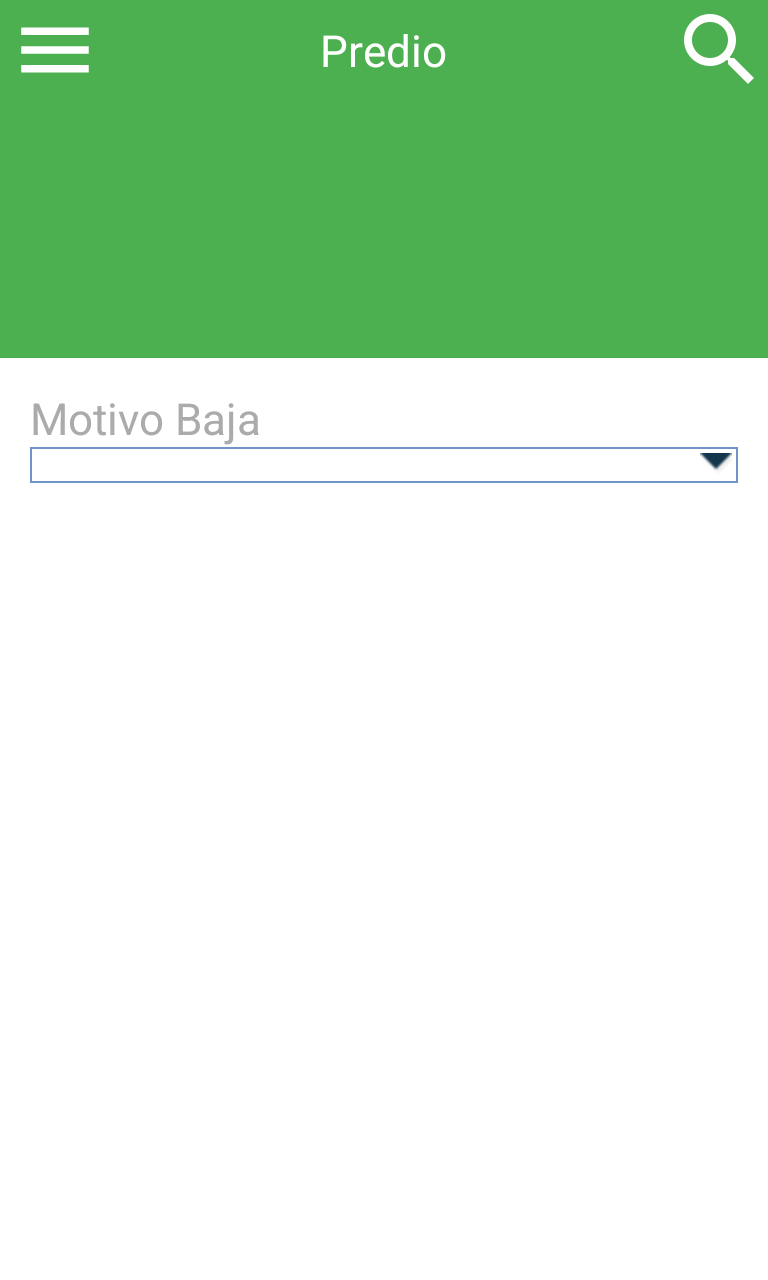
Repository: danielctf/Chilterra
Layout: Proyectos/Animales/res/layout/activity_baja_ganado.xml
The author's editor kept a copy of each file at every save. The layout is drawn from the files as they stood at one save, then again after the next save.
It is drawn on a 768 x 1280 px phone screen (xhdpi) without system bars, with theme AppTheme; the app's code is not run.

Above is the layout before, as saved 2015-10-09 16:34:17.

### Proyectos/Animales/res/layout/activity_baja_ganado.xml
<LinearLayout xmlns:android="http://schemas.android.com/apk/res/android"
    xmlns:tools="http://schemas.android.com/tools"
    android:id="@+id/LinearLayout1"
    android:layout_width="match_parent"
    android:layout_height="match_parent"
    android:orientation="vertical"
    tools:context="cl.a2r.animales.BajaGanado" >

    <RelativeLayout
        android:layout_width="match_parent"
        android:layout_height="50dp"
        android:background="@color/green" >

        <ImageButton
            android:id="@+id/menu"
            android:layout_width="wrap_content"
            android:layout_height="wrap_content"
            android:layout_alignParentLeft="true"
            android:layout_centerVertical="true"
            android:layout_marginLeft="5dp"
            android:background="@null"
            android:src="@drawable/ic_navigation_menu" />

        <TextView
            android:id="@+id/predio"
            android:layout_width="wrap_content"
            android:layout_height="wrap_content"
            android:layout_centerHorizontal="true"
            android:layout_centerVertical="true"
            android:text="Predio"
            android:textAppearance="?android:attr/textAppearanceLarge"
            android:textColor="@color/white" />

        <ImageView
            android:id="@+id/logs"
            android:layout_width="wrap_content"
            android:layout_height="wrap_content"
            android:layout_alignParentRight="true"
            android:layout_centerVertical="true"
            android:src="@drawable/ic_search_white_48dp" />
    </RelativeLayout>

    <RelativeLayout
        android:layout_width="match_parent"
        android:layout_height="wrap_content"
        android:background="@color/green"
        android:layout_weight="0.2" >

        <TextView
            android:id="@+id/despliegaDiio"
            android:layout_width="wrap_content"
            android:layout_height="wrap_content"
            android:layout_centerHorizontal="true"
            android:layout_centerVertical="true"
            android:text=""
            android:textAppearance="?android:attr/textAppearanceLarge" />

    </RelativeLayout>

    <RelativeLayout
        android:layout_width="match_parent"
        android:layout_height="wrap_content"
        android:layout_weight="0.8" >

        <TextView
            android:id="@+id/textView1"
            android:layout_width="wrap_content"
            android:layout_height="wrap_content"
            android:layout_alignParentLeft="true"
            android:layout_alignParentTop="true"
            android:layout_marginLeft="15dp"
            android:layout_marginTop="15dp"
            android:text="Motivo Baja"
            android:textColor="#ababab"
            android:textAppearance="?android:attr/textAppearanceLarge" />

        <Spinner
            android:id="@+id/motivoBaja"
            android:layout_width="match_parent"
            android:layout_height="wrap_content"
            android:layout_alignLeft="@+id/textView1"
            android:layout_marginRight="15dp"
            android:background="@drawable/shape_drop_down_normal"
            android:layout_below="@+id/textView1" />

    </RelativeLayout>

</LinearLayout>

### Proyectos/Animales/res/values/colors.xml
<?xml version="1.0" encoding="utf-8"?>
<resources>
    <color name="red">#ffff0000</color>
    <color name="darkred">#b22222</color>
    <color name="white">#ffffff</color>
    <color name="gris">#cccccc</color>
    <color name="green">#4caf50</color>
</resources>

### Proyectos/Animales/res/drawable/shape_drop_down_normal.xml
<?xml version="1.0" encoding="utf-8"?>
<layer-list xmlns:android="http://schemas.android.com/apk/res/android" >
<item>
    <shape>
        <solid android:color="@android:color/transparent" />

        <stroke
            android:width="1dp"
            android:color="#6f94c7" />

        <padding
            android:bottom="10dp"
            android:left="2dp"
            android:right="10dp"
            android:top="30dp" />


     <padding android:bottom="3dp" android:left="3dp" android:right="3dp" android:top="3dp" />
    </shape>
</item>
<item>
    <bitmap
        android:gravity="end"
        android:src="@drawable/sm_tooltip_arrow" />
</item>
</layer-list>

Loaded but not shown: Proyectos/Animales/res/values/styles.xml (common file); Proyectos/Animales/res/values-v11/styles.xml (common file); Proyectos/Animales/res/values-v14/styles.xml (common file)

After the next save:
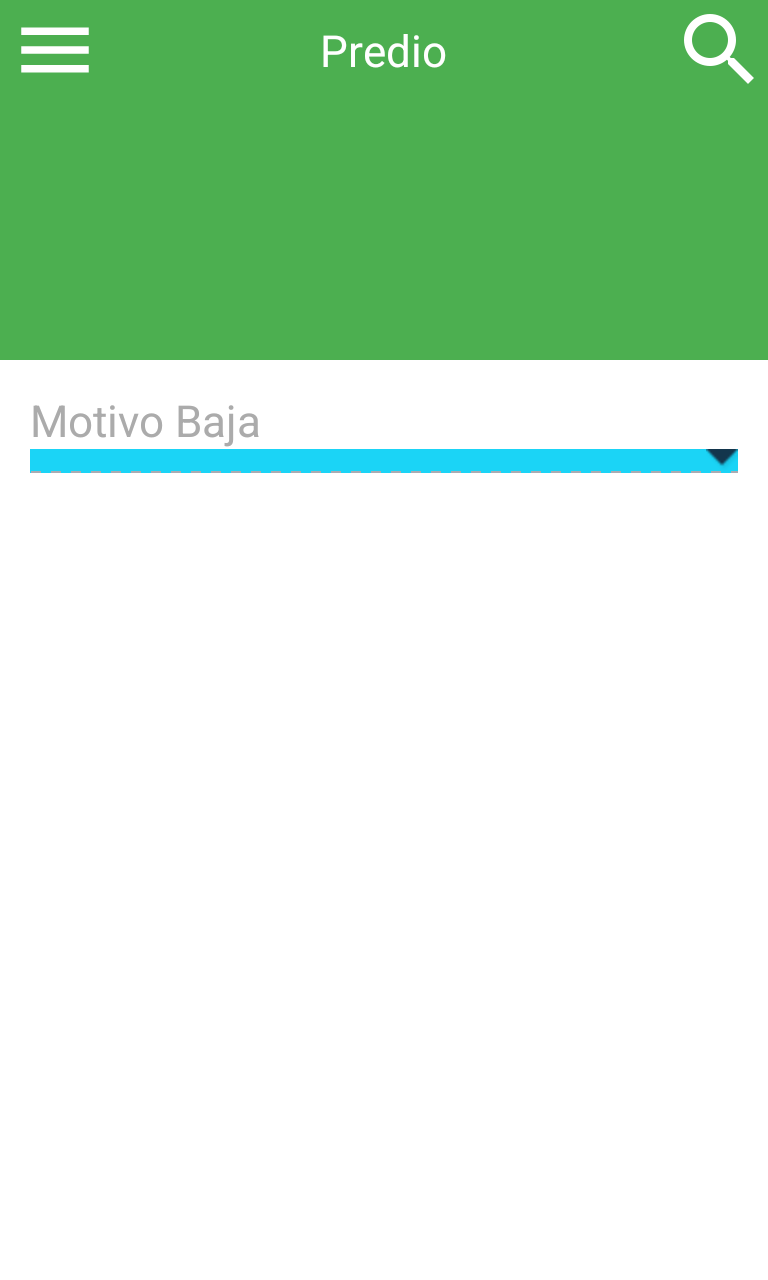
Saved 19 s later.
--- a/Proyectos/Animales/res/drawable/shape_drop_down_normal.xml
+++ b/Proyectos/Animales/res/drawable/shape_drop_down_normal.xml
@@ -1,23 +1,21 @@
 <?xml version="1.0" encoding="utf-8"?>
 <layer-list xmlns:android="http://schemas.android.com/apk/res/android" >
-<item>
-    <shape>
-        <solid android:color="@android:color/transparent" />
+    <item>
+        <shape android:shape="rectangle" >
+            <solid android:color="#1bd4f6" />
+        </shape>
+    </item>
 
-        <stroke
-            android:width="1dp"
-            android:color="#6f94c7" />
-
-        <padding
-            android:bottom="10dp"
-            android:left="2dp"
-            android:right="10dp"
-            android:top="30dp" />
-
-
-     <padding android:bottom="3dp" android:left="3dp" android:right="3dp" android:top="3dp" />
-    </shape>
-</item>
+    <item android:top="-2dp" android:right="-2dp" android:left="-2dp">
+        <shape>
+            <solid android:color="@android:color/transparent" />
+            <stroke
+                android:dashGap="10px"
+                android:dashWidth="10px"
+                android:width="1dp"
+                android:color="#ababb2" />
+        </shape>
+    </item>
 <item>
     <bitmap
         android:gravity="end"
